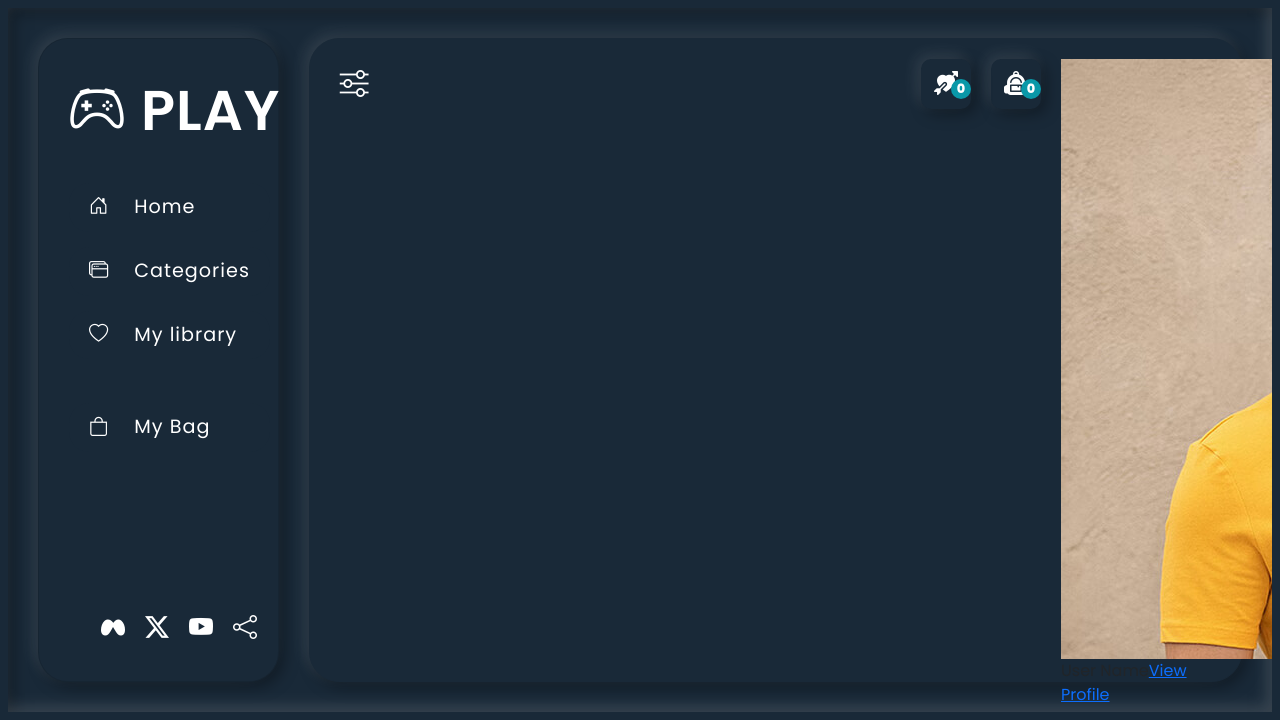
Repository: Ego-Wolf/Ecommerce-game-Reactjs
Page: /
The author's editor kept a copy of each file at every save. The page is drawn from the files as they stood at one save, then again after a run of saves.
The browser window is 1280 px wide. The pictures show the whole page.
The project was rebuilt for these pictures with package versions that can differ from the ones it lists, and the page was loaded fresh each time.

Above is the page before, as saved 2023-12-21 23:51:43.

After the next 2 saves:
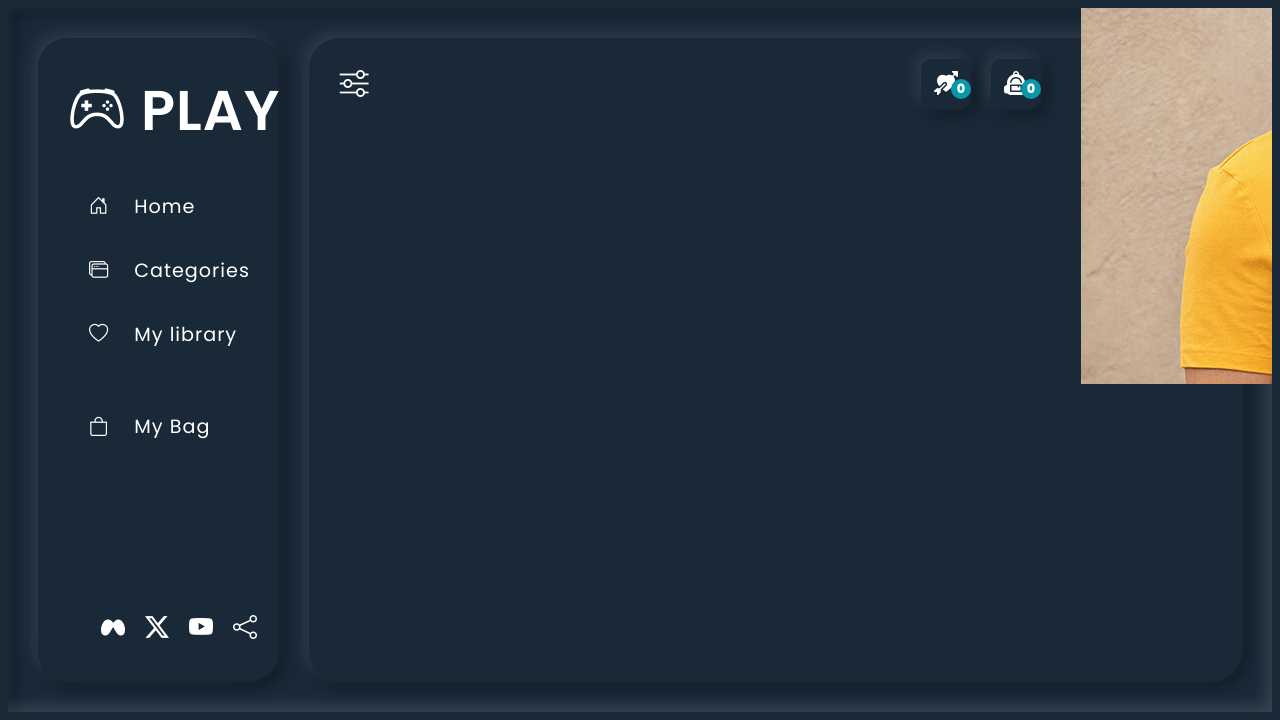
The 2 saves are shown as one change because they came seconds apart.
The last was saved 18 s later.
--- a/src/pages/Header.css
+++ b/src/pages/Header.css
@@ -57,5 +57,10 @@ header {
 .userItems .avatar {
     width: 150px;
     height: 50px;
+    padding: 10px 20px;
+    display: flex;
+    align-items: center;
+    gap: 15px;
+    border-radius: 10px;
 
 }
